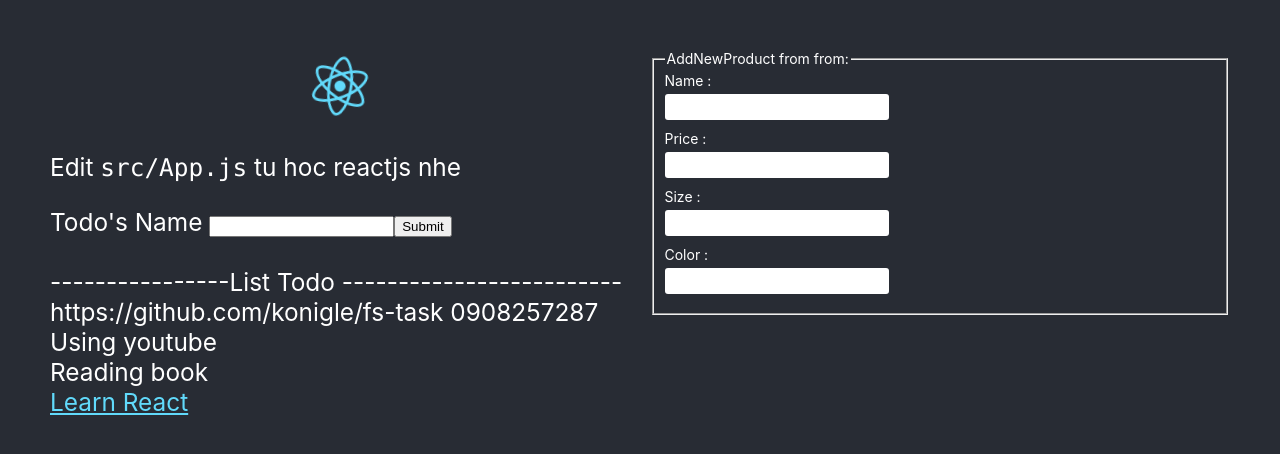
Repository: baothi/learn-reactjs
Page: /
These files come from the project's save history. The page is drawn as it stood at one moment and after the next save; the edit follows.
The browser window is 1280 px wide. The pictures show the whole page.
The project was rebuilt for these pictures with package versions that can differ from the ones it lists, and the page was loaded fresh each time.

Above is the page before, as saved 2022-10-04 18:40:09.

After the next save:
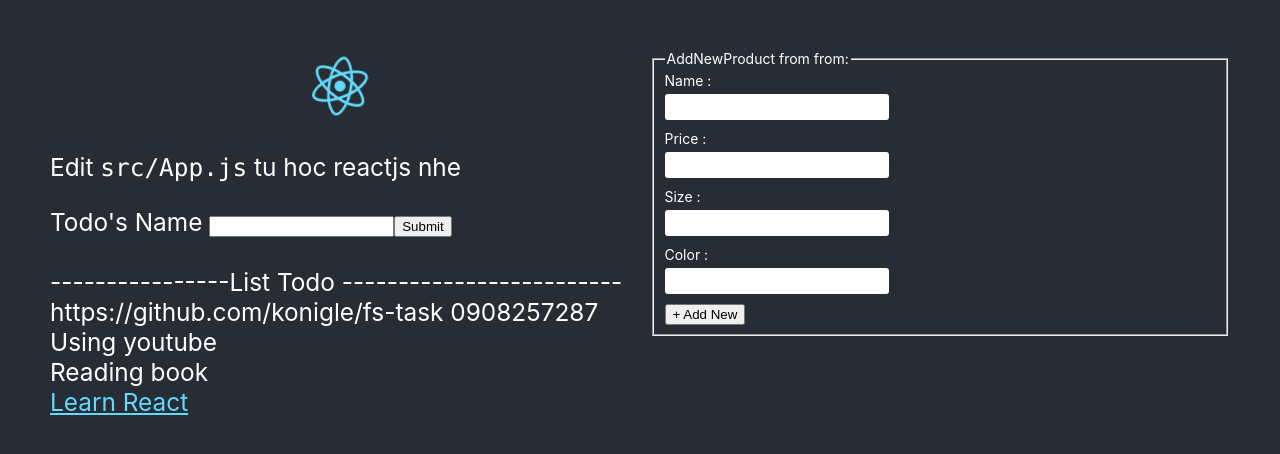
Saved 9 s later.
--- a/src/componets/AddNewProduct.js
+++ b/src/componets/AddNewProduct.js
@@ -18,6 +18,9 @@
                 <label>Color : </label>
                 <input type="text" />
             </div>
+            <div>
+                <button>+ Add New</button>
+            </div>
         </fieldset>
     )
 }
